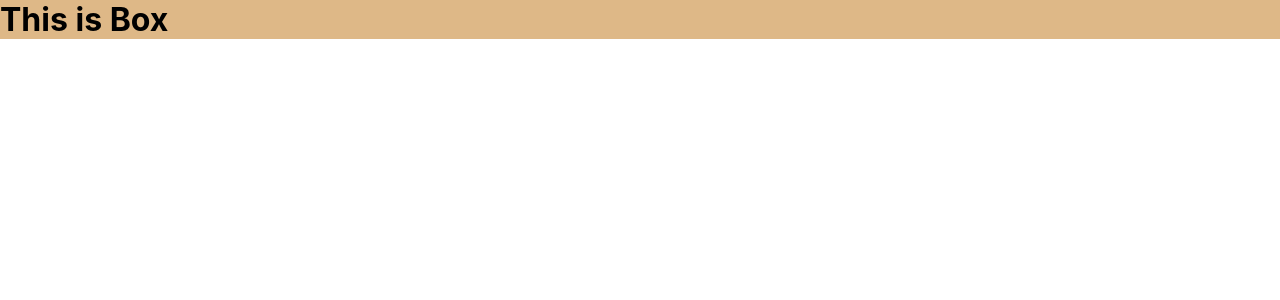
Repository: Prafullkuma/whatsappclon
Page: /
The author's editor kept a copy of each file at every save. The page is drawn from the files as they stood at one save, then again after a run of saves.
The browser window is 1280 px wide. The pictures show the whole page.
The project was rebuilt for these pictures with package versions that can differ from the ones it lists, and the page was loaded fresh each time.

Above is the page before, as saved 2020-08-19 09:34:42.

After the next 2 saves:
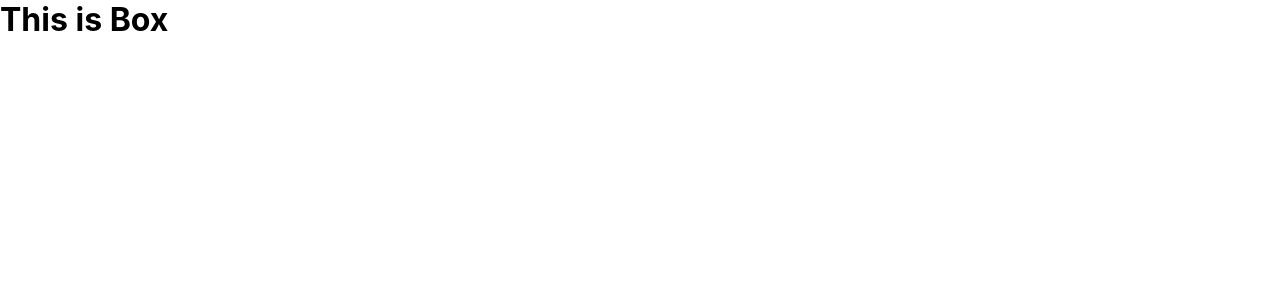
The 2 saves are shown as one change because they came seconds apart.
The last was saved 4 min 9 s later.
--- a/src/App.js
+++ b/src/App.js
@@ -3,8 +3,8 @@ import './App.css';
 
 function App() {
   return (
-    <div className="App">
-      <div classNmae="app__header">
+    <div className="app">
+      <div classNmae="app__body">
         <h1> This is Box</h1>
       </div>
     </div>

After the 2 saves that followed:
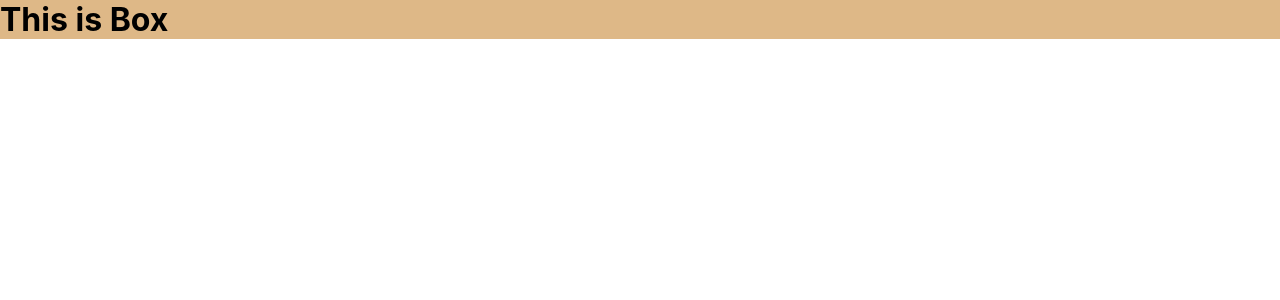
The 2 saves are shown as one change because 1 left the picture as it was.
The last was saved 31 s later.
--- a/src/App.css
+++ b/src/App.css
@@ -1,8 +1,8 @@
-.App{
+.app{
   background-color: burlywood;
 
 }
-.app__header{
+.app__body{
   height: 90vh;
   width: 80vh;
   box-shadow:red;
